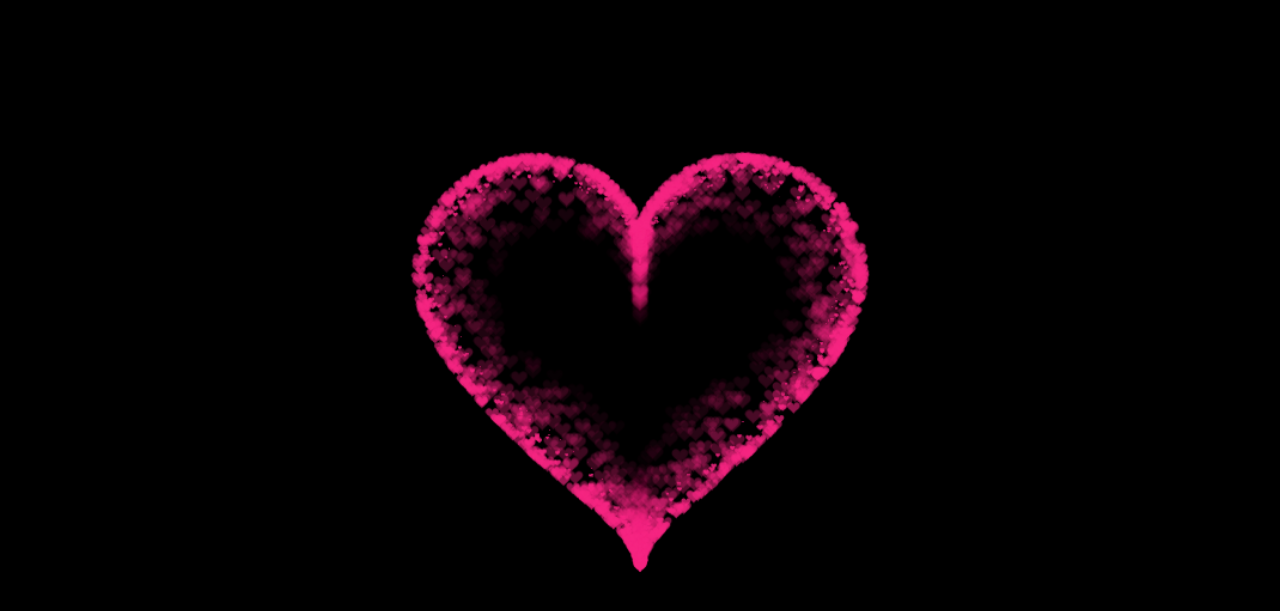
Repository: Mannj-nef/Heart-beat
Page: index.html
An editor plug-in stored every save of this project. The page is shown before and after the next save, followed by the edit.
The browser window is 1280 px wide. The pictures show the whole page.

Above is the page before, as saved 2022-11-08 12:07:54.

### index.html
<!DOCTYPE html PUBLIC "-//W3C//DTD HTML 4.0 Transitional//EN">
<html>
  <head>
    <title>Heart</title>
    <meta name="Generator" content="EditPlus" />
    <meta name="Author" content="" />
    <meta name="Keywords" content="" />
    <meta name="Description" content="" />
    <link rel="stylesheet" href="./style.css" />
  </head>

  <body>
    <div class="box">
      <canvas id="pinkboard"> </canvas>
      <!-- <div class="text">love</div> -->
    </div>
    <script src="./index.js"></script>
  </body>
</html>

### style.css
html,
body {
  height: 100%;
  padding: 0;
  margin: 0;
  background: rgb(0, 0, 0);
  display: flex;
  justify-content: center;
  align-items: center;
}

.box {
  width: 100%;
  position: absolute;
  top: 50%;
  left: 50%;
  transform: translate(-50%, -50%);
  display: flex;
  flex-direction: column;
}

canvas {
  position: absolute;
  width: 100%;
  height: 100%;
}

#pinkboard {
  position: relative;
  margin: auto;
  height: 500px;
  width: 500px;
  animation: animate 2s infinite;
}

#pinkboard:before,
#pinkboard:after {
  content: "";
  position: absolute;
  background: #d9475b;
  width: 100px;
  height: 160px;
  border-top-left-radius: 50px;
  border-top-right-radius: 50px;
}

#pinkboard:before {
  left: 100px;
  transform: rotate(-45deg);
  transform-origin: 0 100%;
  box-shadow: 0 14px 28px rgba(0, 0, 0, 0.25), 0 10px 10px rgba(0, 0, 0, 0.22);
}

#pinkboard:after {
  left: 0;
  transform: rotate(45deg);
  transform-origin: 100% 100%;
}

/* .text {
  background-color: rgb(0, 0, 0);
  width: 100%;
  color: rgb(217, 62, 93);
  height: 100%;
  font-size: 31px;
  font-style: italic;
  display: flex;
  align-items: center;
  justify-content: center;
  margin-bottom: 5px;
  text-align: center;
} */

@keyframes animate {
  0% {
    transform: scale(1);
  }

  60% {
    transform: scale(1.2);
  }

  100% {
    transform: scale(1);
  }
}

### index.js
var settings = {
  particles: {
    length: 2000, // maximum amount of particles
    duration: 1.45, // particle duration in sec
    velocity: 100, // particle velocity in pixels/sec
    effect: -1.85, // play with this for a nice effect
    size: 15, // particle size in pixels
  },
};
/*
 * RequestAnimationFrame polyfill by Erik Möller
 */
(function () {
  var b = 0;
  var c = ["ms", "moz", "webkit", "o"];
  for (var a = 0; a < c.length && !window.requestAnimationFrame; ++a) {
    window.requestAnimationFrame = window[c[a] + "RequestAnimationFrame"];
    window.cancelAnimationFrame =
      window[c[a] + "CancelAnimationFrame"] ||
      window[c[a] + "CancelRequestAnimationFrame"];
  }
  if (!window.requestAnimationFrame) {
    window.requestAnimationFrame = function (h, e) {
      var d = new Date().getTime();
      var f = Math.max(0, 16 - (d - b));
      var g = window.setTimeout(function () {
        h(d + f);
      }, f);
      b = d + f;
      return g;
    };
  }
  if (!window.cancelAnimationFrame) {
    window.cancelAnimationFrame = function (d) {
      clearTimeout(d);
    };
  }
})();
/*
 * Point class
 */
var Point = (function () {
  function Point(x, y) {
    this.x = typeof x !== "undefined" ? x : 0;
    this.y = typeof y !== "undefined" ? y : 0;
  }
  Point.prototype.clone = function () {
    return new Point(this.x, this.y);
  };
  Point.prototype.length = function (length) {
    if (typeof length == "undefined")
      return Math.sqrt(this.x * this.x + this.y * this.y);
    this.normalize();
    this.x *= length;
    this.y *= length;
    return this;
  };
  Point.prototype.normalize = function () {
    var length = this.length();
    this.x /= length;
    this.y /= length;
    return this;
  };
  return Point;
})();
/*
 * Particle class
 */
var Particle = (function () {
  function Particle() {
    this.position = new Point();
    this.velocity = new Point();
    this.acceleration = new Point();
    this.age = 0;
  }
  Particle.prototype.initialize = function (x, y, dx, dy) {
    this.position.x = x;
    this.position.y = y;
    this.velocity.x = dx;
    this.velocity.y = dy;
    this.acceleration.x = dx * settings.particles.effect;
    this.acceleration.y = dy * settings.particles.effect;
    this.age = 0;
  };
  Particle.prototype.update = function (deltaTime) {
    this.position.x += this.velocity.x * deltaTime;
    this.position.y += this.velocity.y * deltaTime;
    this.velocity.x += this.acceleration.x * deltaTime;
    this.velocity.y += this.acceleration.y * deltaTime;
    this.age += deltaTime;
  };
  Particle.prototype.draw = function (context, image) {
    function ease(t) {
      return --t * t * t + 1;
    }
    var size = image.width * ease(this.age / settings.particles.duration);
    context.globalAlpha = 1 - this.age / settings.particles.duration;
    context.drawImage(
      image,
      this.position.x - size / 2,
      this.position.y - size / 2,
      size,
      size
    );
  };
  return Particle;
})();
/*
 * ParticlePool class
 */
var ParticlePool = (function () {
  var particles,
    firstActive = 0,
    firstFree = 0,
    duration = settings.particles.duration;

  function ParticlePool(length) {
    // create and populate particle pool
    particles = new Array(length);
    for (var i = 0; i < particles.length; i++) particles[i] = new Particle();
  }
  ParticlePool.prototype.add = function (x, y, dx, dy) {
    particles[firstFree].initialize(x, y, dx, dy);

    // handle circular queue
    firstFree++;
    if (firstFree == particles.length) firstFree = 0;
    if (firstActive == firstFree) firstActive++;
    if (firstActive == particles.length) firstActive = 0;
  };
  ParticlePool.prototype.update = function (deltaTime) {
    var i;

    // update active particles
    if (firstActive < firstFree) {
      for (i = firstActive; i < firstFree; i++) particles[i].update(deltaTime);
    }
    if (firstFree < firstActive) {
      for (i = firstActive; i < particles.length; i++)
        particles[i].update(deltaTime);
      for (i = 0; i < firstFree; i++) particles[i].update(deltaTime);
    }

    // remove inactive particles
    while (particles[firstActive].age >= duration && firstActive != firstFree) {
      firstActive++;
      if (firstActive == particles.length) firstActive = 0;
    }
  };
  ParticlePool.prototype.draw = function (context, image) {
    // draw active particles
    if (firstActive < firstFree) {
      for (i = firstActive; i < firstFree; i++)
        particles[i].draw(context, image);
    }
    if (firstFree < firstActive) {
      for (i = firstActive; i < particles.length; i++)
        particles[i].draw(context, image);
      for (i = 0; i < firstFree; i++) particles[i].draw(context, image);
    }
  };
  return ParticlePool;
})();
/*
 * Putting it all together
 */
(function (canvas) {
  var context = canvas.getContext("2d"),
    particles = new ParticlePool(settings.particles.length),
    particleRate = settings.particles.length / settings.particles.duration, // particles/sec
    time;

  // get point on heart with -PI <= t <= PI
  function pointOnHeart(t) {
    return new Point(
      160 * Math.pow(Math.sin(t), 3),
      130 * Math.cos(t) -
        50 * Math.cos(2 * t) -
        20 * Math.cos(3 * t) -
        10 * Math.cos(4 * t) +
        25
    );
  }

  // creating the particle image using a dummy canvas
  var image = (function () {
    var canvas = document.createElement("canvas"),
      context = canvas.getContext("2d");
    canvas.width = settings.particles.size;
    canvas.height = settings.particles.size;
    // helper function to create the path
    function to(t) {
      var point = pointOnHeart(t);
      point.x =
        settings.particles.size / 2 + (point.x * settings.particles.size) / 350;
      point.y =
        settings.particles.size / 2 - (point.y * settings.particles.size) / 350;
      return point;
    }
    // create the path
    context.beginPath();
    var t = -Math.PI;
    var point = to(t);
    context.moveTo(point.x, point.y);
    while (t < Math.PI) {
      t += 0.01; // baby steps!
      point = to(t);
      context.lineTo(point.x, point.y);
    }
    context.closePath();
    // create the fill
    context.fillStyle = "#F62682";
    context.fill();
    // create the image
    var image = new Image();
    image.src = canvas.toDataURL();
    return image;
  })();

  // render that thing!
  function render() {
    // next animation frame
    requestAnimationFrame(render);

    // update time
    var newTime = new Date().getTime() / 1000,
      deltaTime = newTime - (time || newTime);
    time = newTime;

    // clear canvas
    context.clearRect(0, 0, canvas.width, canvas.height);

    // create new particles
    var amount = particleRate * deltaTime;
    for (var i = 0; i < amount; i++) {
      var pos = pointOnHeart(Math.PI - 2 * Math.PI * Math.random());
      var dir = pos.clone().length(settings.particles.velocity);
      particles.add(
        canvas.width / 2 + pos.x,
        canvas.height / 2 - pos.y,
        dir.x,
        -dir.y
      );
    }

    // update and draw particles
    particles.update(deltaTime);
    particles.draw(context, image);
  }

  // handle (re-)sizing of the canvas
  function onResize() {
    canvas.width = canvas.clientWidth;
    canvas.height = canvas.clientHeight;
  }
  window.onresize = onResize;

  // delay rendering bootstrap
  setTimeout(function () {
    onResize();
    render();
  }, 10);
})(document.getElementById("pinkboard"));

After the next save:
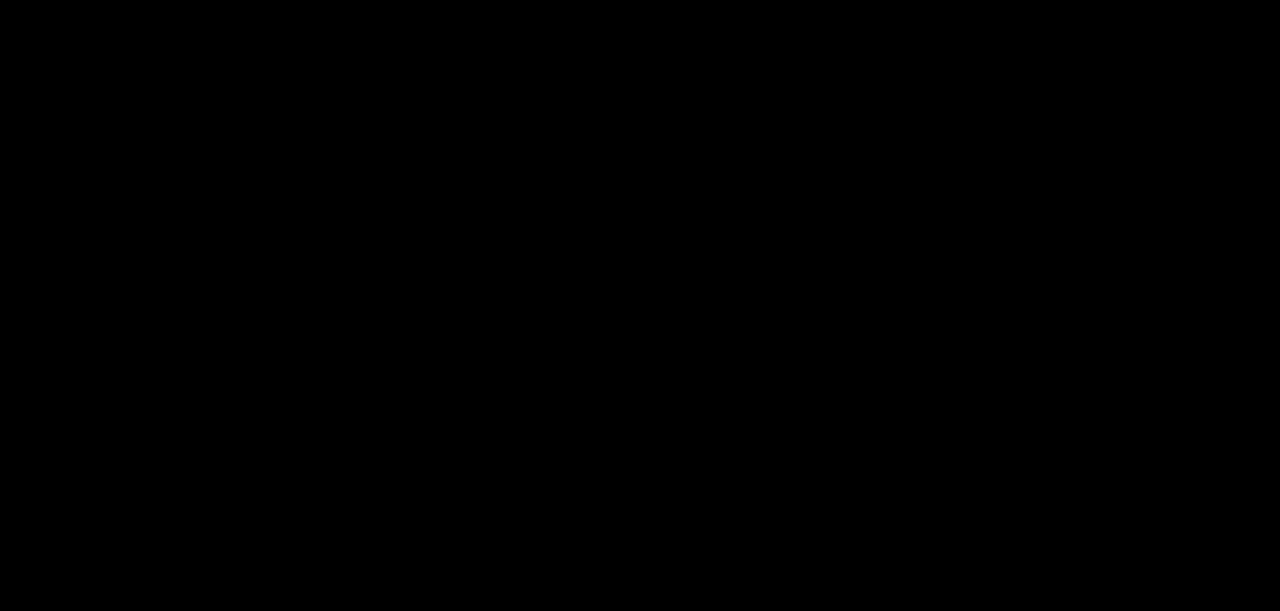
Console error (its wording comes from the project's code and is left out).
Saved 35 s later.
--- a/index.js
+++ b/index.js
@@ -209,7 +209,8 @@
     }
     context.closePath();
     // create the fill
-    context.fillStyle = "#F62682";
+  background: #e12e2e;
+  context.fillStyle = "";
     context.fill();
     // create the image
     var image = new Image();

After the save that followed:
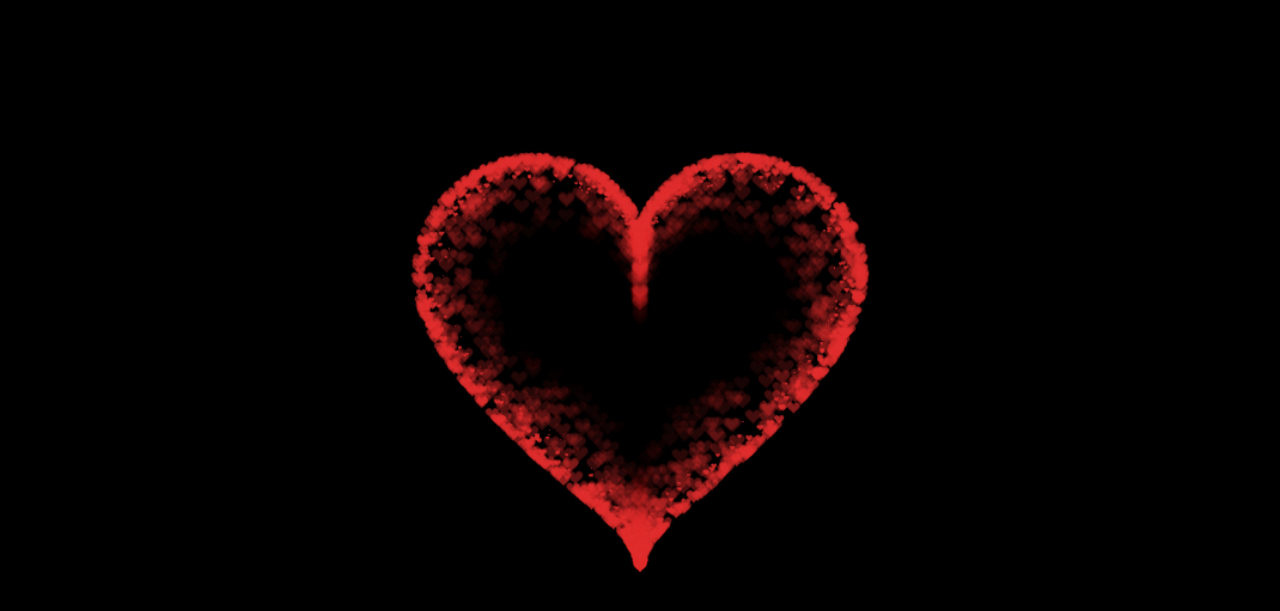
The error is gone.
Saved 20 s later.
--- a/index.js
+++ b/index.js
@@ -209,8 +209,7 @@
     }
     context.closePath();
     // create the fill
-  background: #e12e2e;
-  context.fillStyle = "";
+    context.fillStyle = "#e12e2e";
     context.fill();
     // create the image
     var image = new Image();
